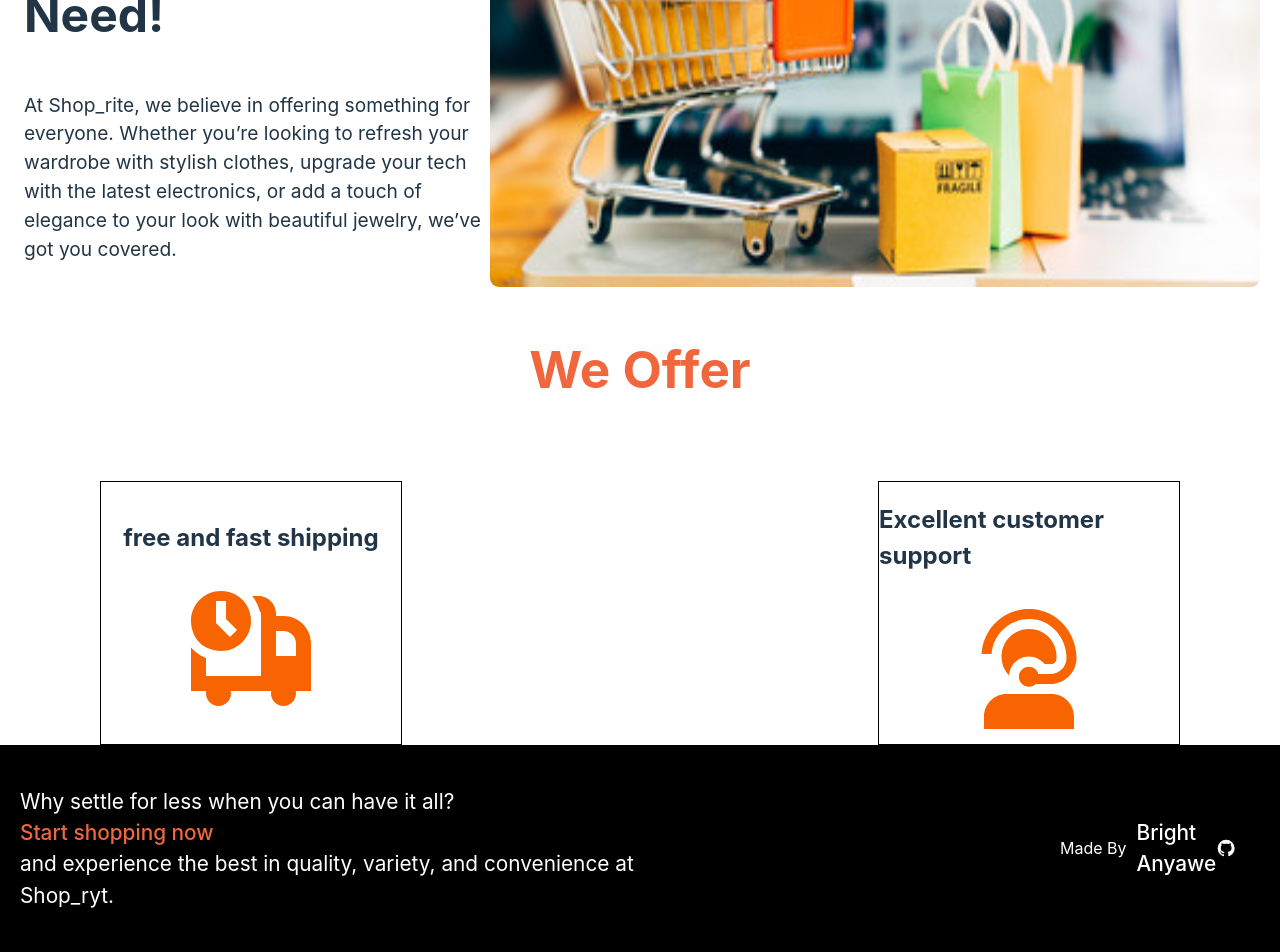
Repository: Bright-Anyawe/Shopping_cart
Page: /
An editor plug-in stored every save of this project. The page is shown before and after the next save, followed by the edit.
The browser window is 1280 px wide. The pictures show the part of the page from y = 1126 to 2078 px (the page is 2078 px tall before and 2046 px after).
The page's requests for data from a server got no answer. The project was rebuilt for these pictures with package versions that can differ from the ones it lists, and the page was loaded fresh each time. No one was signed in, and anything a server would have sent is missing. Also part of the build but not shown: vite.config.js, src/Components/Layout/Shop.jsx, src/Components/Categories/MenClothing.jsx, src/Components/Categories/WomenClothing.jsx, src/Components/Categories/Electronics.jsx, src/Components/Categories/Jewelry.jsx, src/Components/Features/Delete.jsx, src/Components/Layout/Quantity Summery.jsx.

Above is the page before, as saved 2024-10-28 13:10:01.

### index.html
<!doctype html>
<html lang="en">
    <head>
        <meta charset="UTF-8">
        <link rel="icon" type="image/svg+xml" href="/vite.svg">
        <link rel="preconnect" href="https://fonts.googleapis.com">
        <link rel="preconnect" href="https://fonts.gstatic.com" crossorigin>
        <link href="https://fonts.googleapis.com/css2?family=Roboto:ital,wght@0,100;0,300;0,400;0,500;0,700;0,900;1,100;1,300;1,400;1,500;1,700;1,900&display=swap" rel="stylesheet">
        <meta name="viewport" content="width=device-width, initial-scale=1.0">
        <title>Vite + React</title>
    </head>
    <body>
        <div id="root"></div>
        <script type="module" src="/src/main.jsx"></script>
    </body>
</html>

### src/main.jsx
import { StrictMode } from "react";
import { createRoot } from "react-dom/client";
import { createBrowserRouter, RouterProvider } from "react-router-dom";
import routes from "./Components/Layout/Routes";
const router = createBrowserRouter(routes);
import "./Components/Styles/index.css"
import "./Components/Styles/App.css"
import './Components/Styles/layout.css'



createRoot(document.getElementById("root")).render(
  <StrictMode>
    <RouterProvider router={router} />
  </StrictMode>
);

### src/Components/Layout/Routes.jsx
import App from "./App";
import HomePage from "./Homepage.jsx";
import Shop from "./Shop.jsx";
// import About from "../Pages/About";
// import Help from "../Pages/Help";
// import Contact from "../Pages/Contact";
// import Faq from "../Pages/Faq";

import MenClothing from "../Categories/MenClothing"; // import { element } from "prop-types";
import WomenClothing from "../Categories/WomenClothing";
import Electronics from "../Categories/Electronics";
import Jewelry from "../Categories/Jewelry";
import QuantitySummery from "./Quantity Summery.jsx";

const routes = [
  {
    path: "/",
    element: <App />,
    // ErrorElement: <ErrorPage />,
    children: [
      { element: <HomePage />, index: true },
      { path: "shop", element: <Shop /> },
      { path: "menClothing", element: <MenClothing /> },
      { path: "womenClothing", element: <WomenClothing /> },
      { path: "electronics", element: <Electronics /> },
      { path: "jewelry", element: <Jewelry /> },
      { path: "quantitySummery", element: <QuantitySummery /> },
    ],
  },
];

export default routes;

### src/Components/Styles/App.css
.shopProductContainer {
  display: flex;
  flex-wrap: wrap;
  align-items: center;
  justify-content: start;
  gap: 20px;
}

.shoppingMallPicture {
  background-image: url("src/assets/Person_running_with_products.jpg");
  height: 500px;
  background-size: 100% 100%;
  /* background-position: ; */
  background-position: center;

  object-fit: contain;
  object-position: 50% 50%;
  border-radius: 9px;
}

.container {
  display: flex;
  justify-content: center;
  align-items: center;
  box-shadow: 0px 0px 2px 2px black;
  width: 370px;
  padding: 20px;
  gap: 20px;
  height: 250px;
}

.container h4 {
  /* display: flex; */
  max-width: 200px;
  align-items: center;
  justify-content: center;
  font-size: 1rem;
}

.additionalInfoContainer {
  display: flex;
  flex-direction: column;
  gap: 7px;
}

.cartNumber {
  display: flex;
  align-items: center;
  justify-content: center;
  background-color: red;
  color: white;
  border-radius: 50%;
  border: 1px solid black;
  width: 20px;
  text-overflow: ellipsis;
  height: 25px;
  text-overflow: clip;
  white-space: nowrap;
  overflow: hidden;
}

.itemsTitle {
  overflow: hidden;
  text-overflow: ellipsis;
  white-space: nowrap;
  /* width: 250px; */
}

.checkout {
  background: yellow;
  border-radius: 9px;
  padding: 7px;
}

.checkout:hover {
  color: red;
}

img {
  max-width: 120px;
  max-height: 200px;
  object-fit: cover;

  object-fit: contain;
  object-position: 50% 50%;
  border-radius: 9px;
}

.container li:hover {
  transform: scale(1.1);
  transition: 0.3s ease-in-out;
}

.welcomePageContainer {
  display: flex;
  padding: 20px;
  /* background-image: url("src/assets/person_holding_red_shirt.jpg"); */
  /* height: 500px;
  background-size: contain;
  background-position: center;
  /* background-repeat: no-repeat; */
}

.homeHeadText {
  padding: 50px;
}

.welcomePageContainer h2 {
  font-size: 3rem;
}

.welcomePageContainer p {
  font-size: 1.2rem;
}

.welcomePageContainer img {
  min-width: 500px;
  min-height: 500px;
  object-fit: cover;
}

.ourOfferContainer {
  display: flex;
  flex-direction: column;
  gap: 50px;
  /* align-items: center; */
  /* justify-content: center; */
}

.ourOfferSubContainer {
  display: flex;
  justify-content: space-between;
  padding-inline: 100px;
}

.offerEl {
  display: flex;
  align-items: center;
  justify-content: center;
  color: rgb(240, 103, 61);
}

.free-fastContainer {
  display: flex;
  flex-direction: column;
  justify-content: center;
  align-items: center;
  border: 1px solid black;
  width: 300px;
}

.customerServiceContainer {
  display: flex;
  flex-direction: column;
  justify-content: center;
  align-items: center;
  border: 1px solid black;
  width: 300px;
}

.ourOfferContainer img {
  width: 150px;
  height: 150px;
}

li {
  display: flex;
  flex-direction: column;
  align-items: center;
  list-style-type: none;
}

.quantityContainer {
  display: flex;
  align-items: center;
  gap: 20px;
  justify-content: start;
}

.quantityContainer button {
  display: flex;
  align-items: center;
  justify-content: center;
  border-radius: 0;
  width: 30px;
  height: 30px;
}

.quantityContainer input {
  height: 20px;
  width: 35px;
  color: white;
}

.priceOrderEl {
  /* display: flex; */
  align-items: center;
  justify-content: center;
  gap: 30px;
}

.orderBtn {
  width: 200px;
  border-radius: 0;
}

input[type="number"]:hover::-webkit-inner-spin-button {
  width: 19px;
  height: 30px;
}

.loading {
  text-align: center;
  font-size: 1.5rem;
  font-weight: 600;
}

button {
  transition: 0.2s ease;
  padding: 5px;
}

button:hover {
  transform: scale(1.05);
}

svg {
  width: 30px;
}

.titleContainer {
  display: flex;
  gap: 15px;
  align-items: center;
  justify-content: start;
}

.rateEl {
  display: flex;
}

.rateEl svg {
  width: 20px;
}

.shopCartContainer {
  display: flex;
  gap: 20px;
  justify-content: center;
  align-items: center;
}

input::-webkit-outer-spin-button,
input::-webkit-inner-spin-button {
  -webkit-appearance: none;
  margin: 0;
}

input[type="number"] {
  -moz-appearance: textfield;
}

.summerList {
  display: flex;
  flex-direction: row;
  gap: 10px;
}

.summeryListContainer {
  margin: 0 0 20px 50px;
  display: flex;
  justify-content: space-evenly;
}

.totalSummery {
  display: flex;
  flex-direction: column;
  gap: 20px;
}

.totalSummery div {
  font-size: 1.2rem;
}

.subTotal,
.shippingFee,
.total {
  display: flex;
  justify-content: space-between;
}

.summeryListSubContainer {
  display: flex;
  flex-direction: column;
  gap: 30px;
}

.summeryTextContainer {
  display: flex;
  flex-direction: column;
  gap: 20px;
}

.summeryTextContainer svg {
  width: 25px;
}

.delQtySelectedContainer {
  display: flex;
  align-items: center;
  justify-content: start;
  gap: 10px;
}

.productPrice_TitleContainer h4 {
  max-width: 250px;
}

### src/Components/Styles/layout.css
@media (max-width: 1120px) and (min-width: 800px) {
  div.root-layout {
    display: grid;
    grid-template-columns: 100%;
    grid-template-rows: 80px;
  }

  #root header {
    grid-area: 1 / 1 / 2;
    /* display: grid; */
    grid-template-columns: 300px 780px;
    /* position: fixed; */
    /* gap: 0 43rem; */
    /* gap: 36rem; */
  }

  #root header h1 {
    grid-area: 1 / 1 / 2 / 2;
  }

  #root header nav {
    grid-area: 1 / 2 / 2 / 3;
  }

  main {
    grid-area: 2 / 1/ 9 / 4;
  }

  div.homeHeadText {
    padding: 4px;
    width: 50%;
  }

  div.welcomePageContainer h2 {
    font-size: 2rem;
  }

  div.welcomePageContainer p {
    font-size: 1.1rem;
  }

  /* div.welcomePageContainer img {
    width: 100%;
    height: auto;
    min-width: 100px;
    min-height: 0;
    object-fit: cover;
  } */

  div.homePageImageContainer {
    width: 100%;
    height: auto;
    background-image: url("src/assets/Items_In_cart.jpg");

    background-size: 100% 100%;
    /* background-position: ; */
    background-position: center;

    object-fit: contain;
    object-position: 50% 50%;
    border-radius: 9px;
  }

  div.ourOfferContainer {
    display: flex;
    flex-direction: column;
    gap: 50px;
    /* align-items: center; */
    /* justify-content: center; */
  }

  .ourOfferSubContainer {
    display: flex;
    justify-content: space-between;
    padding-inline: 100px;
  }

  h1.offerEl {
    display: flex;
    align-items: center;
    justify-content: center;
    font-size: 2.2rem;
    color: rgb(240, 103, 61);
  }

  .ourOfferContainer img {
    width: 70px;
    height: auto;
  }

  div.free-fastContainer {
    display: flex;
    flex-direction: column;
    justify-content: center;
    align-items: center;
    border: 1px solid black;
    width: 200px;
  }

  div.free-fastContainer h2 {
    font-size: 1.2rem;
  }

  div.customerServiceContainer {
    display: flex;
    flex-direction: column;
    justify-content: center;
    align-items: center;
    border: 1px solid black;
    width: 200px;
  }

  div.customerServiceContainer h2 {
    font-size: 1.2rem;
    text-align: center;
  }

  main footer p {
    font-size: 1.5rem;
  }

  div.container {
    display: flex;
    justify-content: center;
    align-items: center;
    box-shadow: 0px 0px 2px 2px black;
    width: 371px;
    padding: 10px;
    gap: 20px;
    height: 250px;
  }

  li img {
    max-width: 150px;
    max-height: 200px;
    object-fit: cover;

    object-fit: contain;
    object-position: 50% 50%;
    border-radius: 9px;
  }

  div.container h4 {
    /* display: flex; */
    max-width: 200px;
    align-items: center;
    justify-content: center;
    font-size: 1rem;
  }
}

.shopText {
  color: rgb(240, 103, 61);
}

.shopLink {
  color: rgb(240, 103, 61);
}

.root-layout {
  /* display: grid; */
  grid-template-columns: 100%;
  grid-template-rows: 60px;
}

header {
  grid-area: 1 / 1 / 2;
  /* display: grid; */
  display: flex;
  justify-content: space-between;
  align-items: center;
  padding: 14px 35px;

  /* gap: 0 43rem; */
  /* gap: 36rem; */
}

header h1 {
  grid-area: 1 / 1 / 2 / 2;
}

header nav {
  grid-area: 1 / 2 / 2 / 3;
}

main {
  grid-area: 2 / 1/ 9 / 4;
  display: grid;
  grid-template-columns: auto;
  grid-template-rows: 80px;
  gap: 20px;
}

.categoriesContainer {
  grid-row: 1 / 2;
  display: flex;
  flex-direction: column;
  justify-content: center;
  align-items: center;
}

.shopProductContainer {
  grid-row: 2 / 9;
}

aside {
  display: flex;
  flex-direction: column;
  justify-content: center;
  gap: 20px;
  width: 82%;
}

aside h2 {
  display: flex;
  justify-content: center;
  font-size: 1.8rem;
}

.itemsContainer {
  display: flex;
  flex-direction: row;
  justify-content: space-evenly;
  align-items: center;
  margin: 0 0 0 40px;
  font-size: 1.3rem;
  padding: 0;
  gap: 20px;
}

.itemsContainer li a {
  width: 150px;
}

.itemNotSelected {
  text-align: center;
  font-size: 1.5rem;
}

.menProductContainer,
.womenProductContainer,
.electronicsProductContainer,
.jewelryContainer {
  display: flex;
  flex-wrap: wrap;
  gap: 20px;
}

.homeHeadText {
  padding: 4px;
  width: 60%;
}

.homePageImageContainer {
  width: 100%;
  height: auto;
  background-image: url("src/assets/Items_In_cart.jpg");
  background-size: 100% 100%;
  /* background-position: ; */
  background-position: center;

  object-fit: contain;
  object-position: 50% 50%;
  border-radius: 9px;
}

.creator {
  display: flex;
  align-items: center;
  gap: 10px;
}

footer {
  background-color: black;
  display: flex;
  align-items: center;
  justify-content: space-between;
  padding: 20px;
}

footer a {
  color: white;
}

footer a:hover {
  color: white;
}

footer :first-child {
  font-size: 1.3rem;
  max-width: 50%;

}

footer :last-child {
  display: flex;
  width: 200px;
}

footer svg {
  fill: white;
}

footer p {
  color: white;
}

### src/Components/Layout/App.jsx
import { createContext } from "react";
import { Header } from "./Header";
import { useState } from "react";
import { Outlet } from "react-router-dom";
import { SideBar } from "./SideBar";

export const QuantityContext = createContext(null);
export const QtySummeryContext = createContext([]);

export default function App() {
  const [quantityCount, setQuantityCount] = useState(0);
  const [quantity, setQuantity] = useState({});
  const [qtySummery, setSummery] = useState([]);
  const [qtySummeryObject, setQuantitySummeryObject] = useState({
    productUrl: "",
    productTitle: '',
    productPrice: "",
    QtySelected: "",
    qtySubTotal: "",
  });

  return (
    <>
      <div className="root-layout">
        <QuantityContext.Provider
          value={{ quantityCount, setQuantityCount, quantity, setQuantity }}
        >
          <QtySummeryContext.Provider
            value={{
              qtySummery,
              setSummery,
              qtySummeryObject,
              setQuantitySummeryObject,
            }}
          >
            <Header />
            <main>
              <SideBar />

              <Outlet />
            </main>
          </QtySummeryContext.Provider>
        </QuantityContext.Provider>
      </div>
    </>
  );
}

### src/Components/Layout/Homepage.jsx
// import { Link, NavLink } from "react-router-dom";

import { NavLink } from "react-router-dom";

const HomePage = () => {
  return (
    <>
      <div className="homePageContainer">
        <div className="shoppingMallPicture"></div>

        <div className="welcomePageContainer">
          <div className="homeHeadText">
            <h2>
              Welcome to <span className="shopText">ShopRyt</span>. Your
              One-Stop Shop for Everything You Need!
            </h2>

            <p>
              At Shop_rite, we believe in offering something for everyone.
              Whether you’re looking to refresh your wardrobe with stylish
              clothes, upgrade your tech with the latest electronics, or add a
              touch of elegance to your look with beautiful jewelry, we’ve got
              you covered.
            </p>
          </div>

          <div className="homePageImageContainer">
            {/* <img
              src="src/assets/excited-african-woman-holding-shopping-bags-mobile-phone_.avif"
              alt=""
            /> */}
          </div>
        </div>

        <div className="ourOfferContainer">
          <h1 className="offerEl">We Offer</h1>

          <div className="ourOfferSubContainer">
            <div className="free-fastContainer">
              <h2>free and fast shipping</h2>
              <img
                src="data:[embedded picture, 928 characters]"
                alt=""
              />
            </div>

            <div className="customerServiceContainer">
              <h2>Excellent customer support</h2>
              <img
                src="data:[embedded picture, 948 characters]"
                alt=""
              />
            </div>
          </div>
        </div>

        <footer>
          <p>
            {" "}
            Why settle for less when you can have it all?{" "}
            <NavLink to="shop" className="shopLink">
              Start shopping now
            </NavLink>{" "}
            and experience the best in quality, variety, and convenience at
            Shop_ryt.
          </p>

          <p className="creator">
            Made By{" "}
            <NavLink>
              Bright Anyawe{" "}
              <svg xmlns="http://www.w3.org/2000/svg" viewBox="0 0 24 24">
                <title>github</title>
                <path d="M12,2A10,10 0 0,0 2,12C2,16.42 4.87,20.17 8.84,21.5C9.34,21.58 9.5,21.27 9.5,21C9.5,20.77 9.5,20.14 9.5,19.31C6.73,19.91 6.14,17.97 6.14,17.97C5.68,16.81 5.03,16.5 5.03,16.5C4.12,15.88 5.1,15.9 5.1,15.9C6.1,15.97 6.63,16.93 6.63,16.93C7.5,18.45 8.97,18 9.54,17.76C9.63,17.11 9.89,16.67 10.17,16.42C7.95,16.17 5.62,15.31 5.62,11.5C5.62,10.39 6,9.5 6.65,8.79C6.55,8.54 6.2,7.5 6.75,6.15C6.75,6.15 7.59,5.88 9.5,7.17C10.29,6.95 11.15,6.84 12,6.84C12.85,6.84 13.71,6.95 14.5,7.17C16.41,5.88 17.25,6.15 17.25,6.15C17.8,7.5 17.45,8.54 17.35,8.79C18,9.5 18.38,10.39 18.38,11.5C18.38,15.32 16.04,16.16 13.81,16.41C14.17,16.72 14.5,17.33 14.5,18.26C14.5,19.6 14.5,20.68 14.5,21C14.5,21.27 14.66,21.59 15.17,21.5C19.14,20.16 22,16.42 22,12A10,10 0 0,0 12,2Z" />
              </svg>
            </NavLink>
          </p>
        </footer>
      </div>
    </>
  );
};
export default HomePage;

### src/Components/Layout/Header.jsx
import { NavLink } from "react-router-dom";

import { useContext } from "react";
// import QuantityContext from "./Components/Layout/App.jsx";
import { QuantityContext } from "./App";

export function Header() {

  const { quantityCount } = useContext(QuantityContext);

  let prevScrollPos = window.scrollY;
  window.onscroll = function () {
    let currentScrollPos = window.scrollY;


    if (prevScrollPos > currentScrollPos) {
      document.querySelector(".headerContainer").style.top = "25px";
    } else {
      document.querySelector(".headerContainer").style.top = "-80px";
    }
    prevScrollPos = currentScrollPos;
  };

  return (
    <>
      <header className="headerContainer">
        <h1 className="headText">
          <span className="shopText">ShopRyt</span>
          <svg xmlns="http://www.w3.org/2000/svg" viewBox="0 0 24 24">
            <title>cart-outline</title>
            <path d="M17,18A2,2 0 0,1 19,20A2,2 0 0,1 17,22C15.89,22 15,21.1 15,20C15,18.89 15.89,18 17,18M1,2H4.27L5.21,4H20A1,1 0 0,1 21,5C21,5.17 20.95,5.34 20.88,5.5L17.3,11.97C16.96,12.58 16.3,13 15.55,13H8.1L7.2,14.63L7.17,14.75A0.25,0.25 0 0,0 7.42,15H19V17H7C5.89,17 5,16.1 5,15C5,14.65 5.09,14.32 5.24,14.04L6.6,11.59L3,4H1V2M7,18A2,2 0 0,1 9,20A2,2 0 0,1 7,22C5.89,22 5,21.1 5,20C5,18.89 5.89,18 7,18M16,11L18.78,6H6.14L8.5,11H16Z" />
          </svg>
        </h1>
        <nav className="navLinks">
          <NavLink to="/">Home</NavLink>
          <div className="shopCartContainer">
            <NavLink to="shop">Shop</NavLink>
            <NavLink to="quantitySummery">
              <svg xmlns="http://www.w3.org/2000/svg" viewBox="0 0 24 24">
                <title>cart-outline</title>
                <path d="M17,18A2,2 0 0,1 19,20A2,2 0 0,1 17,22C15.89,22 15,21.1 15,20C15,18.89 15.89,18 17,18M1,2H4.27L5.21,4H20A1,1 0 0,1 21,5C21,5.17 20.95,5.34 20.88,5.5L17.3,11.97C16.96,12.58 16.3,13 15.55,13H8.1L7.2,14.63L7.17,14.75A0.25,0.25 0 0,0 7.42,15H19V17H7C5.89,17 5,16.1 5,15C5,14.65 5.09,14.32 5.24,14.04L6.6,11.59L3,4H1V2M7,18A2,2 0 0,1 9,20A2,2 0 0,1 7,22C5.89,22 5,21.1 5,20C5,18.89 5.89,18 7,18M16,11L18.78,6H6.14L8.5,11H16Z" />
              </svg>
            </NavLink>
            <span className="cartNumber">{quantityCount}</span>
          </div>
          {/* <NavLink to="help">
            <span className="checkout">checkout</span>
          </NavLink>
          <NavLink to="about">About</NavLink> */}
        </nav>
      </header>
    </>
  );
}

### src/Components/Layout/SideBar.jsx
import { NavLink } from "react-router-dom";
import { useShopProduct } from "./GetShopProduct";

export const SideBar = () => {
  const { loading } = useShopProduct();

  return (
    <>
      {loading ? null : (
        <section className="categoriesContainer">
          <aside>
            <h2 className="shopText">Categories</h2>

            <nav className="asideNavContainer">
              <ul className="itemsContainer">
                <li>
                  <NavLink to="shop">All</NavLink>
                </li>

                <li>
                  {" "}
                  <NavLink to="menClothing">Men Clothing</NavLink>
                </li>
                <li>
                  {" "}
                  <NavLink to="womenClothing">Women Clothing</NavLink>
                </li>
                <li>
                  {" "}
                  <NavLink to="electronics">Electronics</NavLink>
                </li>
                <li>
                  {" "}
                  <NavLink to="jewelry">Jewelry</NavLink>
                </li>
              </ul>{" "}
            </nav>
          </aside>
        </section>
      )}
    </>
  );
};

### src/Components/Layout/GetShopProduct.js
import { useState, useEffect } from "react";

export const useShopProduct = () => {
  const [items, setItems] = useState([]);

  const [error, setError] = useState(null);
  const [loading, setLoading] = useState(true);

  useEffect(() => {
    async function fetchData() {
      let response;

      try {
        response = await fetch(`https://fakestoreapi.com/products`, {
          mode: "cors",
        });

        const itemsJson = await response.json();
        console.log(itemsJson);

        setItems(itemsJson);
      } catch (error) {
        setError(error);
        console.log("Not found");
      } finally {
        setLoading(false);
      }
    }
    fetchData();
  }, []);

  return { items, error, loading };
};

Loaded but not shown: src/index.css (common file)

After the next save:
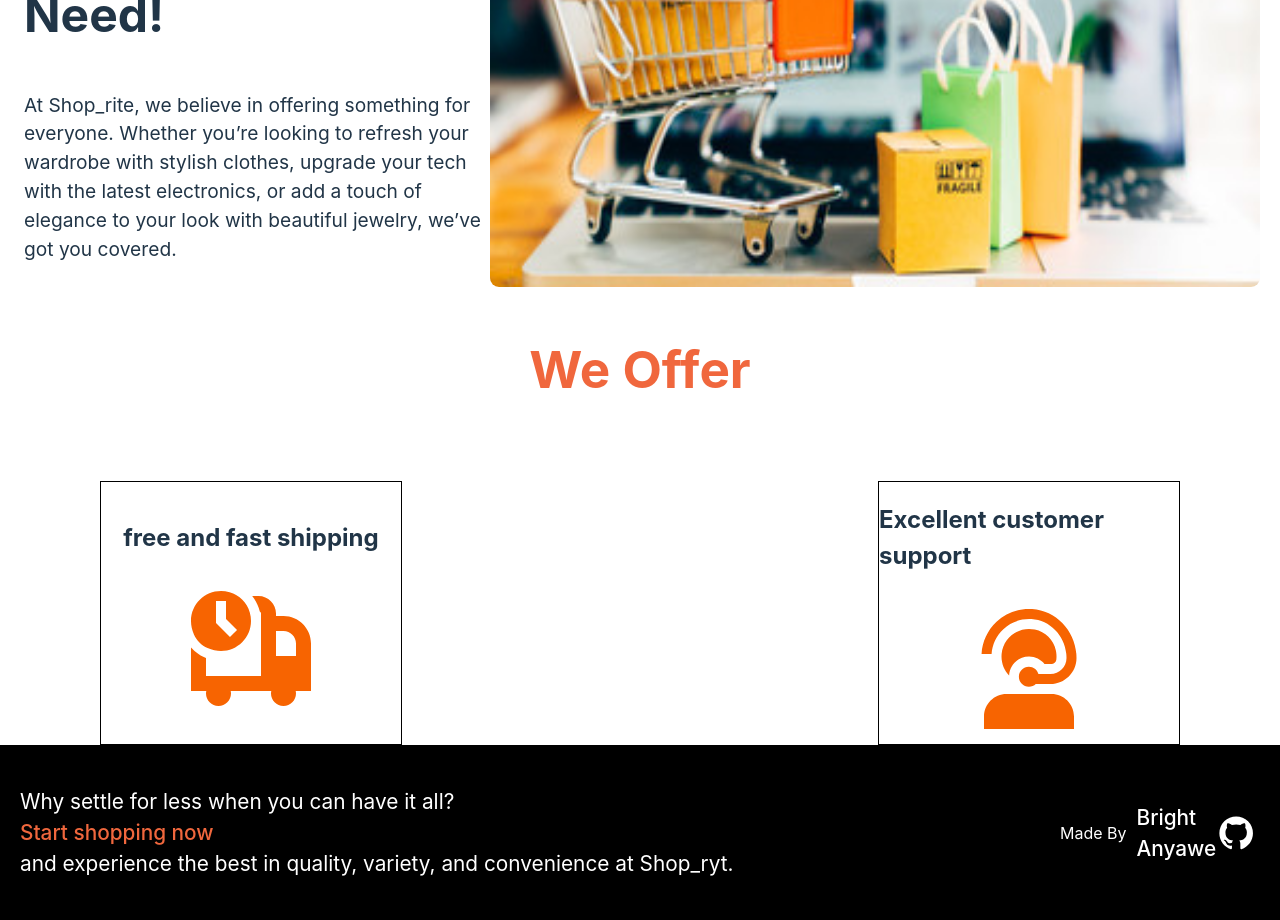
Saved 69 s later.
--- a/src/Components/Styles/layout.css
+++ b/src/Components/Styles/layout.css
@@ -288,7 +288,7 @@ footer a:hover {
 
 footer :first-child {
   font-size: 1.3rem;
-  max-width: 50%;
+  max-width: 60%;
 
 }
 
